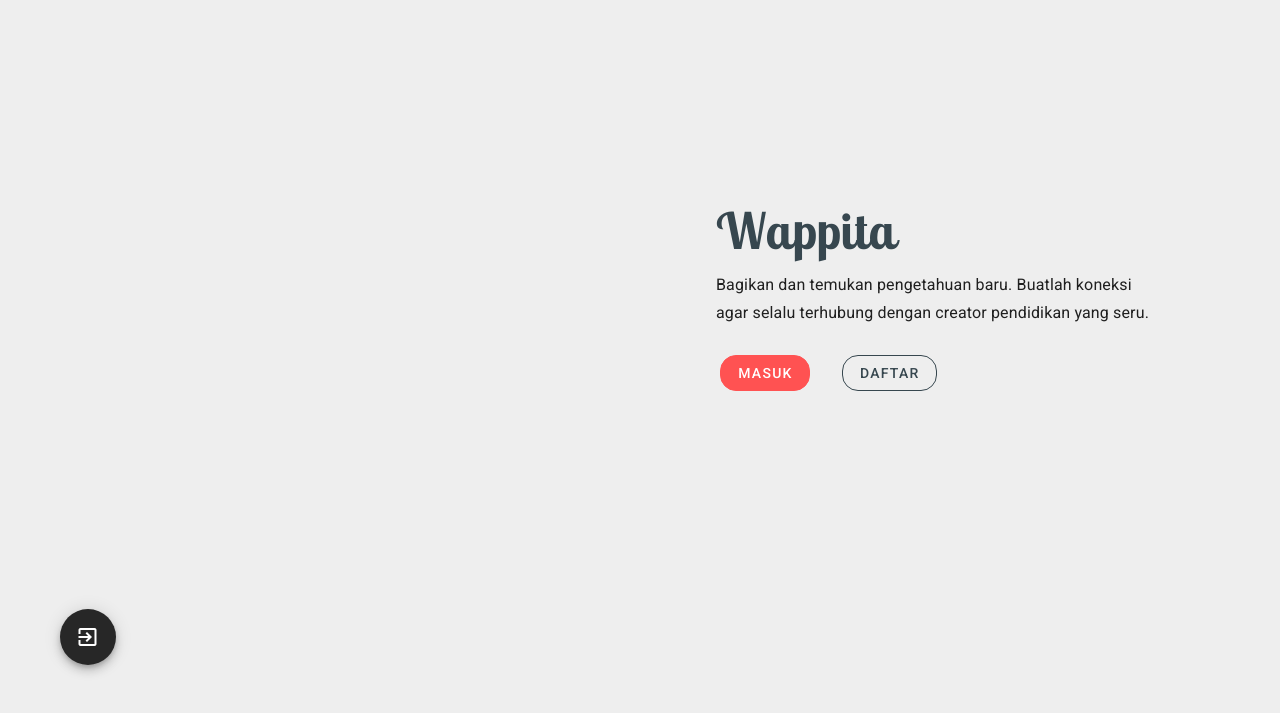
Repository: wildanpurnomo/kulia-fe
Page: /
These files come from the project's save history. The page is drawn as it stood at one moment and after the next save; the edit follows.
The browser window is 1280 px wide. The pictures show the whole page.
The page's requests for data from a server got no answer. The project was rebuilt for these pictures with package versions that can differ from the ones it lists, and the page was loaded fresh each time. No one was signed in, and anything a server would have sent is missing. Also part of the build but not shown: vue.config.js. Imported but missing from the stored project, and not drawn on this page: src/views/partials/main/MyProfile.vue.

Above is the page before, as saved 2020-11-27 20:37:44.

### src/router/index.js
import Vue from 'vue'
import VueRouter from 'vue-router'
import { landingRouter } from './landing.router'
import { authRouter } from './auth.router'
import { mainRouter } from './main.router'
import { fallbackRouter } from './404.router'

Vue.use(VueRouter)

const routes = [
  landingRouter,
  authRouter,
  mainRouter,
  fallbackRouter
]

const router = new VueRouter({
  mode: 'history',
  base: process.env.BASE_URL,
  routes
})

export default router

### src/store/index.js
import Vue from 'vue'
import Vuex from 'vuex'
import { auth } from './auth.store'
import { content } from './content.store'

Vue.use(Vuex)

export default new Vuex.Store({
  modules: {
    auth,
    content,
  }
})

### src/router/landing.router.js
export const landingRouter = {
    path: '/',
    name: 'Landing',
    component: () => import('@/views/Landing.vue')
}

### src/router/auth.router.js
export const authRouter = {
    path: '',
    component: () => import('@/views/Auth.vue'),
    children: [
        {
            path: '/login',
            name: 'Login',
            component: () => import('@/views/partials/auth/Login.vue')
        },
        {
            path: '/register',
            name: 'Register',
            component: () => import('@/views/partials/auth/Register.vue')
        }
    ]
}

### src/router/main.router.js
export const mainRouter = {
    path: '',
    component: () => import('@/views/Main.vue'),
    children:[
        {
            path: '/home',
            name: 'Home',
            component: () => import('@/views/partials/main/Home.vue')
        },
        {
            path:'/my-content',
            name: 'MyContent',
            component: () => import('@/views/partials/main/MyContent.vue')
        },
        {
            path:'/add-content',
            name: 'AddContent',
            component: () => import('@/views/partials/main/AddContent.vue')
        },
        {
            path:'/edit-content/:contentId',
            name: 'EditContent',
            component: () => import('@/views/partials/main/AddContent.vue')
        },
        {
            path:'/my-profile',
            name: 'MyProfile',
            component: () => import('@/views/partials/main/MyProfile.vue')
        },
        {
            path:'/my-following',
            name: 'MyFollowing',
            component: () => import('@/views/partials/main/MyFollowing.vue')
        }
    ]
}

### src/router/404.router.js
export const fallbackRouter = {
    path: '*',
    name: 'Fallback',
    component: () => import('@/views/404.vue')
}

### src/store/auth.store.js
import AuthService from '@/services/auth.service';
import UserModel from '@/models/user.model';

const initialAuthState = { userData: new UserModel() };

export const auth = {
    namespaced: true,
    state: initialAuthState,
    actions: {
        login({ commit }, userData) {
            return AuthService.login(userData)
                .then(
                    response => {
                        commit('authSuccess', response.data.data);
                        return Promise.resolve(response);
                    },
                    error => {
                        return Promise.reject(error);
                    }
                )
        },
        register({ commit }, userData) {
            return AuthService.register(userData)
                .then(
                    response => {
                        commit('authSuccess', response.data.data);
                        return Promise.resolve(response);
                    },
                    error => {
                        return Promise.reject(error);
                    }
                )
        },
        logout({ commit }) {
            return AuthService.logout()
                .then(
                    response => {
                        commit('logoutSuccess');
                        return Promise.resolve(response);
                    },
                    error => {
                        return Promise.reject(error);
                    }
                );
        },
        authenticate({ commit }) {
            return AuthService.authenticate()
                .then(
                    response => {
                        commit('authSuccess', response.data.data);
                        return Promise.resolve(response);
                    },
                    error => { return Promise.reject(error); }
                )
        },
    },
    mutations: {
        authSuccess(state, userData) {
            state.userData = userData;
        },
        logoutSuccess(state) {
            state.userData = initialAuthState.userData;
        },
    },
    getters: {
        userData: (state) => {
            return state.userData;
        }
    }
}

### src/store/content.store.js
import ContentService from '@/services/content.service';
import ContentModel from '@/models/content.model';

const initialContentState = {
    personalContentList: [],
    detailContent: new ContentModel()
};

export const content = {
    namespaced: true,
    state: initialContentState,
    actions: {
        getContentById({ commit }, contentId) {
            return ContentService.getContentById(contentId)
                .then(
                    response => {
                        commit('updateDetailContent', response.data.data);
                        return Promise.resolve(response);
                    },
                    error => {
                        return Promise.reject(error);
                    }
                )
        },
        getPersonalContent({ commit }) {
            return ContentService.getPersonalContent()
                .then(
                    response => {
                        commit('updatePersonalContentList', response.data.data);
                        return Promise.resolve(response);
                    },
                    error => {
                        return Promise.reject(error);
                    }
                );
        },
        getContentByCreatorId({ commit }, creatorId) {
            return ContentService.getContentByCreatorId(creatorId)
                .then(
                    response => {
                        commit('doNothing');
                        return Promise.resolve(response);
                    },
                    error => {
                        return Promise.reject(error);
                    }
                );
        },
        createContent({ commit }, contentData) {
            return ContentService.createContent(contentData)
                .then(
                    response => {
                        commit('updatePersonalContentList', response.data.data);
                        return Promise.resolve(response);
                    },
                    error => {
                        return Promise.reject(error);
                    }
                );
        },
        editContent({ commit }, contentData) {
            return ContentService.editContent(contentData)
                .then(
                    response => {
                        commit('updatePersonalContentList', response.data.data);
                        return Promise.resolve(response);
                    },
                    error => {
                        return Promise.reject(error);
                    }
                );
        },
        deleteContent({ commit }, contentId) {
            return ContentService.deleteContent(contentId)
                .then(
                    response => {
                        commit('updatePersonalContentList', response.data.data);
                        return Promise.resolve(response);
                    },
                    error => {
                        return Promise.reject(error);
                    }
                );
        },
        resetState({ commit }) {
            commit('resetState');
        }
    },
    mutations: {
        updateDetailContent(state, contentData) {
            state.detailContent = contentData;
        },
        updatePersonalContentList(state, contentList) {
            state.personalContentList = contentList;
        },
        resetState(state) {
            state.personalContentList = [],
            state.detailContent = new ContentModel()
        },
        doNothing() { }
    },
    getters: {
        personalContentList: (state) => {
            return state.personalContentList;
        },
        detailContent: (state) => {
            return state.detailContent;
        }
    }
}

### src/views/Landing.vue
<template>
<v-main class="grey lighten-3">
  <v-container fill-height>
    <v-row align="center">
      <v-col cols="6">
        <v-img src="../assets/image.png"></v-img>
      </v-col>
      <v-spacer></v-spacer>
      <v-col cols="6" class="pa-15">
        <v-card-title class="font blue-grey--text text--darken-3">
          Wappita
        </v-card-title>
        <v-card-text class="pt-2 text-subtitle-1" width="100">
          Bagikan dan temukan pengetahuan baru. Buatlah koneksi agar selalu terhubung dengan creator pendidikan yang seru.
        </v-card-text>
        <v-row class="pl-8 pt-6">
          <div class="mr-8">
            <v-btn class="white--text red accent-2 rounded-xl" outlined :to="{ name: 'Login' }">Masuk</v-btn>
          </div>
          <div>
            <v-btn class="blue-grey--text text--darken-3 rounded-xl" outlined :to="{ name: 'Register' }">Daftar</v-btn>
          </div>
        </v-row>
      </v-col>
    </v-row>

      <v-fab-transition>
      <v-btn
        fab
        medium
        dark
        bottom
        right
        class="v-btn--example"
      >
        <v-icon>mdi-exit-to-app</v-icon>
      </v-btn>
    </v-fab-transition>

  </v-container>
</v-main>
</template>
<script>
export default {
  name: "Landing",

  data: () => ({
      fab: false,
    }),

    computed: {
      activeFab () {
        switch (this.tabs) {
          case 'one': return { color: 'success', icon: 'mdi-share-variant' }
          case 'two': return { color: 'red', icon: 'mdi-pencil' }
          case 'three': return { color: 'green', icon: 'mdi-chevron-up' }
          default: return {}
        }
      },
    },
  // components: {},

  // data: () => ({
  //   //
  // }),
};
</script>
<style>
@import url('https://fonts.googleapis.com/css2?family=Lobster+Two:wght@700&display=swap');
.font{
  font-family: Lobster Two;
  font-size: 50px;
}
</style>

### src/services/auth.service.js
import BaseService from './base.service';

class AuthService extends BaseService {
    constructor() {
        super();
    }

    login(userData) {
        return this.sendAPIRequest('/auth/login', 'POST', userData);
    }

    register(userData) {
        return this.sendAPIRequest('/auth/register', 'POST', userData);
    }

    logout() {
        return this.sendAPIRequest('/auth/logout', 'POST');
    }

    authenticate() {
        return this.sendAPIRequest('/auth/authenticate', 'GET');
    }
}

export default new AuthService();

### src/models/user.model.js
export default class User {
    constructor() {
        this.username = '';
        this.password = '';
        this.passwordConfirmation = '';
        this.email = '';
    }
}

### src/services/content.service.js
import BaseService from './base.service';

class ContentService extends BaseService {
    constructor() {
        super();
    }

    getContentById(contentId) {
        return this.sendAPIRequest(`/content/${contentId}`, 'GET');
    }

    getPersonalContent() {
        return this.sendAPIRequest('/content/personal/me', 'GET');
    }

    getContentByCreatorId(creatorId) {
        return this.sendAPIRequest(`/content/by_creator/${creatorId}`, 'GET');
    }

    createContent(contentData) {
        return this.sendAPIRequest('/content', 'POST', contentData);
    }

    editContent(contentData) {
        return this.sendAPIRequest(`/content/edit/${contentData._id}`, 'PUT', contentData);
    }

    deleteContent(contentId) {
        return this.sendAPIRequest(`/content/delete/${contentId}`, 'DELETE');
    }
}

export default new ContentService();

### src/models/content.model.js
export default class ContentModel {
    constructor(title = '', description = '') {
        this.title = title;
        this.description = description;
    }
}

### src/services/base.service.js
import axios from 'axios';

export default class BaseService {
    constructor() {
        this.baseUrl = process.env.VUE_APP_API_BASE_URL;
        //this.baseUrl = 'http://localhost:3000/api';
    }

    sendAPIRequest(endpoint, method = 'GET', requestBody = null) {
        requestBody = requestBody === null ? {} : requestBody;
        let result;
        if (method === 'GET') {
            result = axios.get(`${this.baseUrl}${endpoint}`, { params: requestBody });
        } else if (method === 'POST') {
            result = axios.post(`${this.baseUrl}${endpoint}`, requestBody);
        } else if (method === 'PUT') {
            result = axios.put(`${this.baseUrl}${endpoint}`, requestBody);
        } else if (method === 'DELETE') {
            result = axios.delete(`${this.baseUrl}${endpoint}`, requestBody);
        }
        return result
            .then(
                response => {
                    this.logResponseIfDebug(endpoint, response.data);
                    return response;
                }
            );
    }

    logResponseIfDebug(endpoint, responseData) {
        if (process.env.NODE_ENV === 'development') {
            console.log(`Response from ${endpoint}`, responseData);
        }
    }
}

Loaded but not shown: public/index.html (common file); src/main.js (common file); src/App.vue (common file); src/registerServiceWorker.js (common file); src/plugins/vuetify.js (common file)

After the next save:
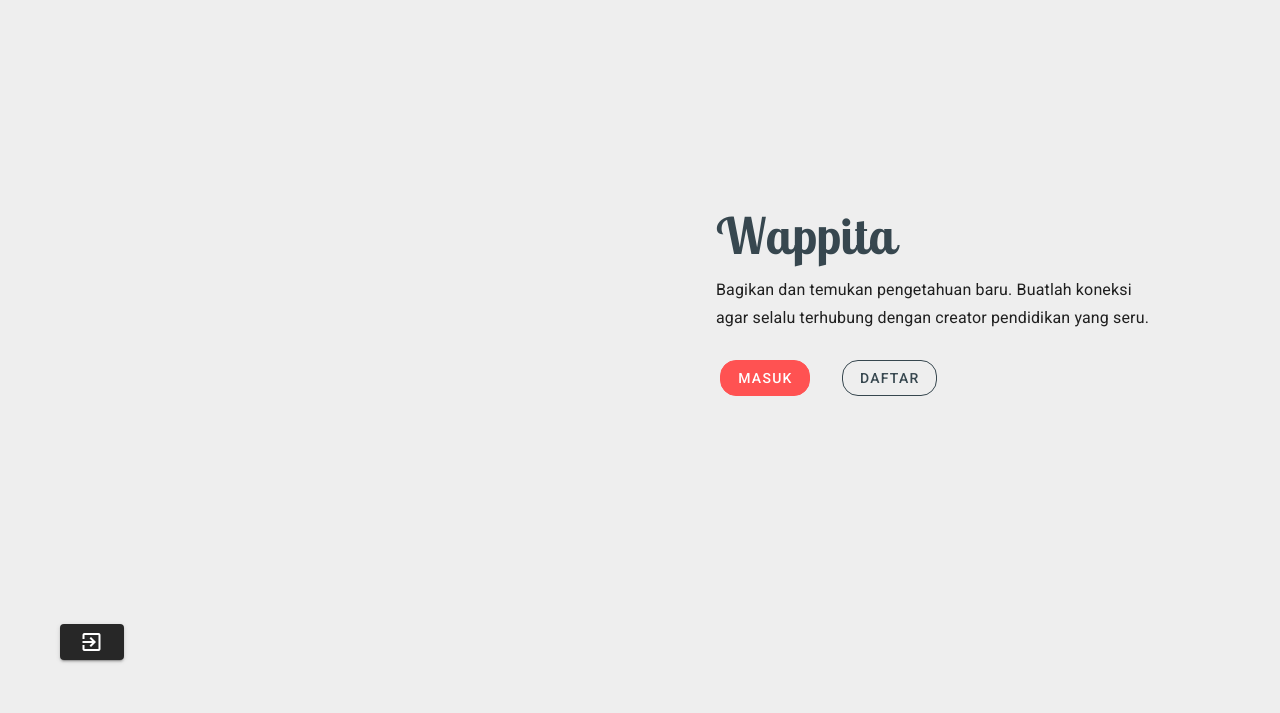
Saved 25 s later.
--- a/src/views/Landing.vue
+++ b/src/views/Landing.vue
@@ -26,7 +26,6 @@
 
       <v-fab-transition>
       <v-btn
-        fab
         medium
         dark
         bottom

After the save that followed:
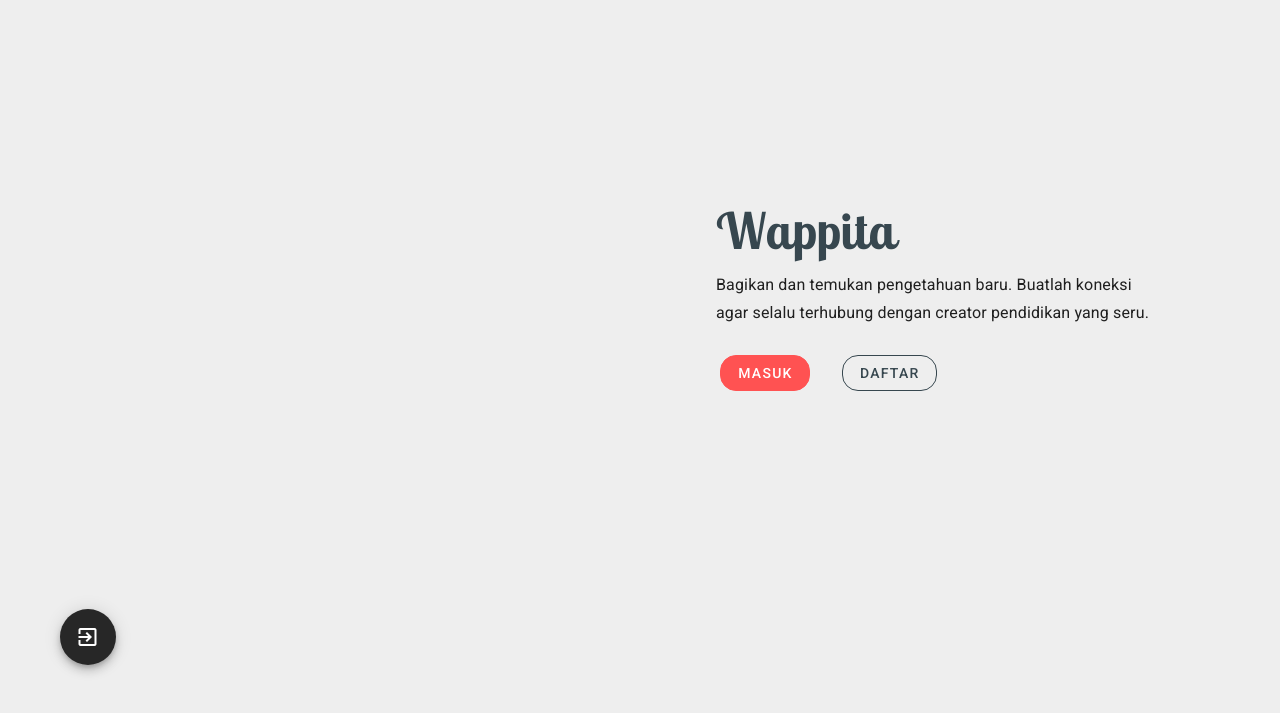
Saved 59 s later.
--- a/src/views/Landing.vue
+++ b/src/views/Landing.vue
@@ -26,6 +26,7 @@
 
       <v-fab-transition>
       <v-btn
+        fab
         medium
         dark
         bottom
